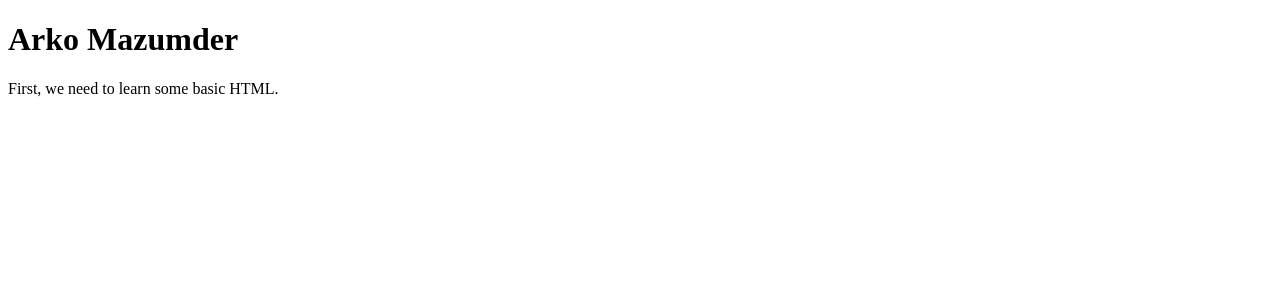
Repository: arkomz/INST377-Lab-Work
Page: client/lab_1/index.html
The author's editor kept a copy of each file at every save. The page is drawn from the files as they stood at one save, then again after the next save.
The browser window is 1280 px wide. The pictures show the whole page.

Above is the page before, as saved 2021-09-03 18:22:07.

### client/lab_1/index.html
<!DOCTYPE html>
<html scroll=yes>

<head>
    <title>Arko Mazumder</title>
</head>
<body>
    <h1>Arko Mazumder</h1>
    <p>First, we need to learn some basic HTML.</p>
  </body>
</html>

After the next save:
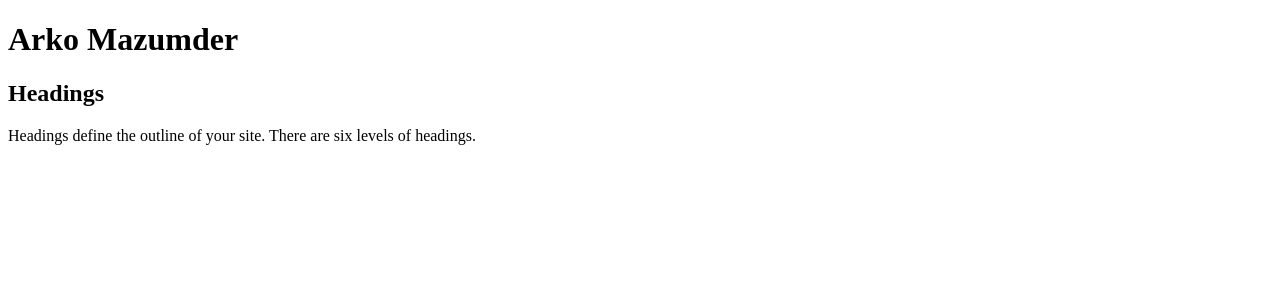
Saved 2 min 15 s later.
--- a/client/lab_1/index.html
+++ b/client/lab_1/index.html
@@ -6,6 +6,10 @@
 </head>
 <body>
     <h1>Arko Mazumder</h1>
-    <p>First, we need to learn some basic HTML.</p>
+
+    <h2>Headings</h2>
+    <p>Headings define the outline of your site. There are six levels of
+    headings.</p>
+
   </body>
 </html>
